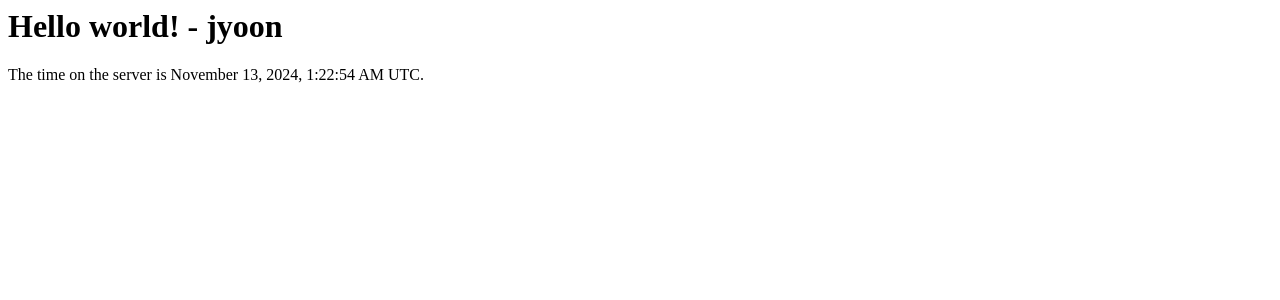
Repository: jyoons00/Spring_maven_setting
Page: http://localhost/SL00_DefaultSettings/
An editor plug-in stored every save of this project. The page is shown before and after the next save, followed by the edit.
The browser window is 1280 px wide. The pictures show the whole page.
The page is served by Tomcat 9. The template is opened directly, without the code that normally fills it, so the values that code supplies are empty.

Above is the page before, as saved 2024-11-13 02:34:28.

After the next save:
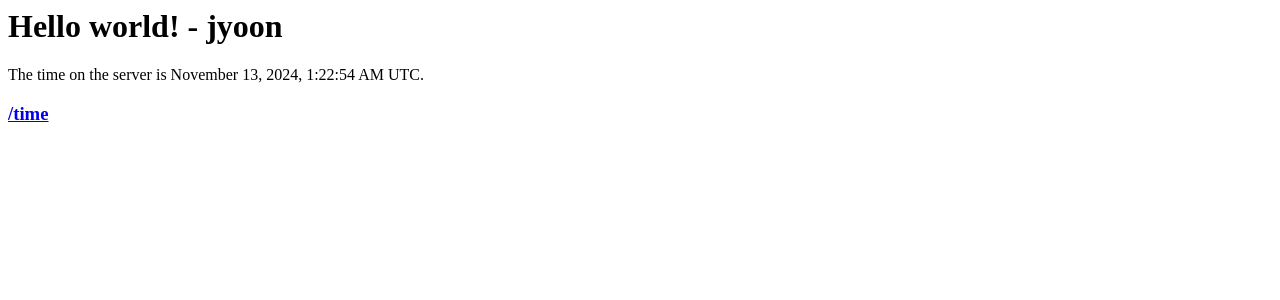
Saved 18 s later.
--- a/SL00_DefaultSettings/src/main/webapp/WEB-INF/views/home.jsp
+++ b/SL00_DefaultSettings/src/main/webapp/WEB-INF/views/home.jsp
@@ -11,5 +11,9 @@
 </h1>
 
 <P>  The time on the server is ${serverTime}. </P>
+<h3>
+	<a href="/time">/time</a>
+</h3>
+
 </body>
 </html>
